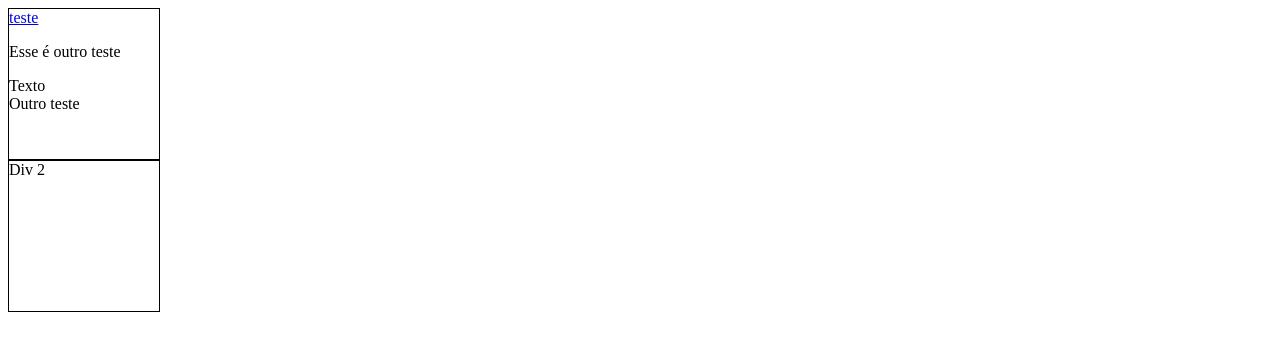
Repository: 2001mariana/jquery
Page: html-tag-content-manipulation.html
These files come from the project's save history. The page is drawn as it stood at one moment and after a run of saves; the edit follows.
The browser window is 1280 px wide. The pictures show the whole page.

Above is the page before, as saved 2022-08-04 13:51:39.

### html-tag-content-manipulation.html

<!DOCTYPE html>
<html lang="pt-br">
	<head>
		<meta charset="UTF-8">
		<title>jQuery</title>

		<script src="https://code.jquery.com/jquery-3.3.1.min.js" integrity="sha256-FgpCb/KJQlLNfOu91ta32o/NMZxltwRo8QtmkMRdAu8=" crossorigin="anonymous"></script>
		<script>

			$(document).ready(() => {
				console.log('conteúdo div 1: ', $('#div1').html())
				console.log('conteúdo div 2: ', $('#div2').html())

			})

            $('#div1').html('Eu sou o novo valor')
		</script>
	</head>

	<body>

		<div id="div1" style="border:solid 1px #000; width: 150px; height: 150px">
			<a href="#">teste</a>
			<p>Esse é outro teste</p>
			Texto
			<div>Outro teste</div>
		</div>

		<div id="div2" style="border:solid 1px #000; width: 150px; height: 150px">
			Div 2
		</div>

	</body>

</html>

After the next 4 saves:
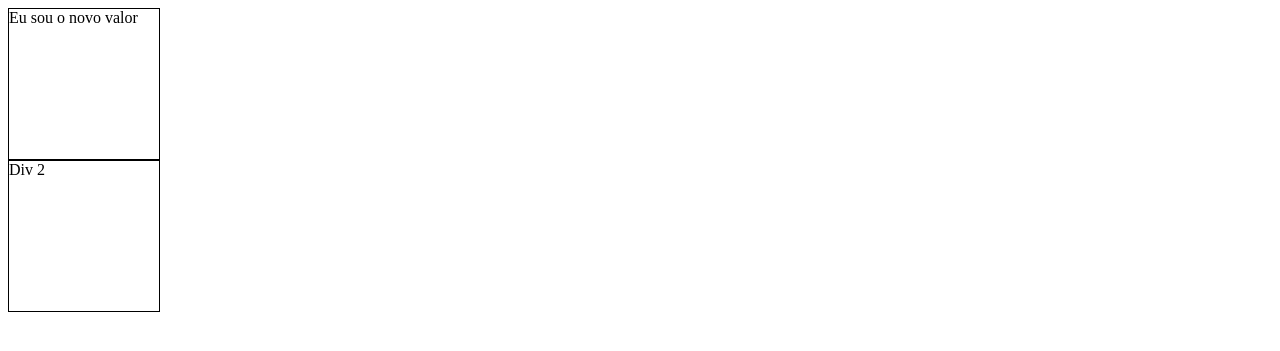
The 4 saves are shown as one change because they came seconds apart.
The last was saved 13 s later.
--- a/html-tag-content-manipulation.html
+++ b/html-tag-content-manipulation.html
@@ -7,14 +7,11 @@
 
 		<script src="https://code.jquery.com/jquery-3.3.1.min.js" integrity="sha256-FgpCb/KJQlLNfOu91ta32o/NMZxltwRo8QtmkMRdAu8=" crossorigin="anonymous"></script>
 		<script>
-
 			$(document).ready(() => {
 				console.log('conteúdo div 1: ', $('#div1').html())
 				console.log('conteúdo div 2: ', $('#div2').html())
-
+                $('#div1').html('Eu sou o novo valor')
 			})
-
-            $('#div1').html('Eu sou o novo valor')
 		</script>
 	</head>
 
